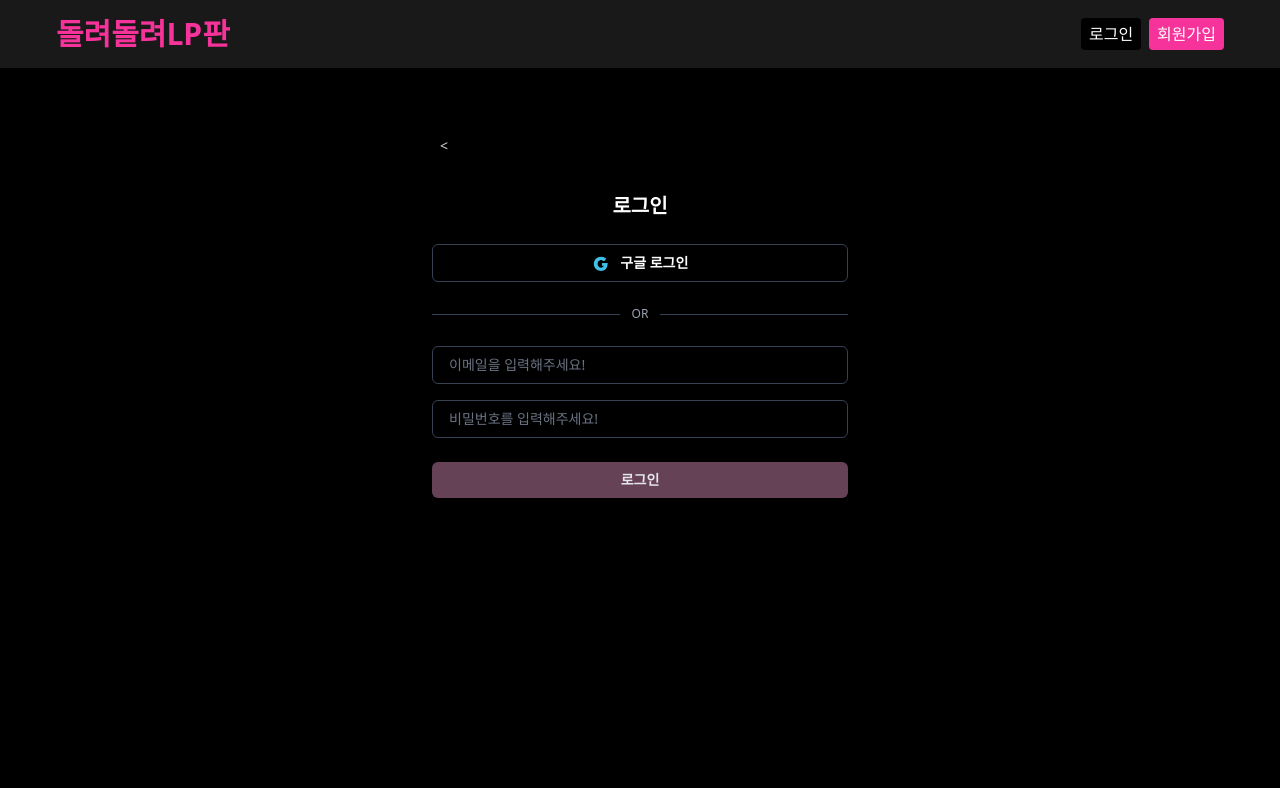
Repository: DSWU-UMC-9th/UMC-9th-Yeon
Page: /login (app in week4/)
These files come from the project's save history. The page is drawn as it stood at one moment and after the next save; the edit follows.
The browser window is 1280 px wide. The pictures show the whole page.
The project was rebuilt for these pictures with package versions that can differ from the ones it lists, and the page was loaded fresh each time. Also part of the build but not shown: week4/vite.config.ts, week4/src/api/tmdb.ts, week4/src/components/MovieCard.tsx, week4/src/components/Spinner.tsx, week4/src/components/Pager.tsx, week4/src/hooks/useMovies.ts, week4/src/pages/Home.tsx, week4/src/pages/Popular.tsx and 4 more.

Above is the page before, as saved 2025-11-04 20:44:06.

After the next save:
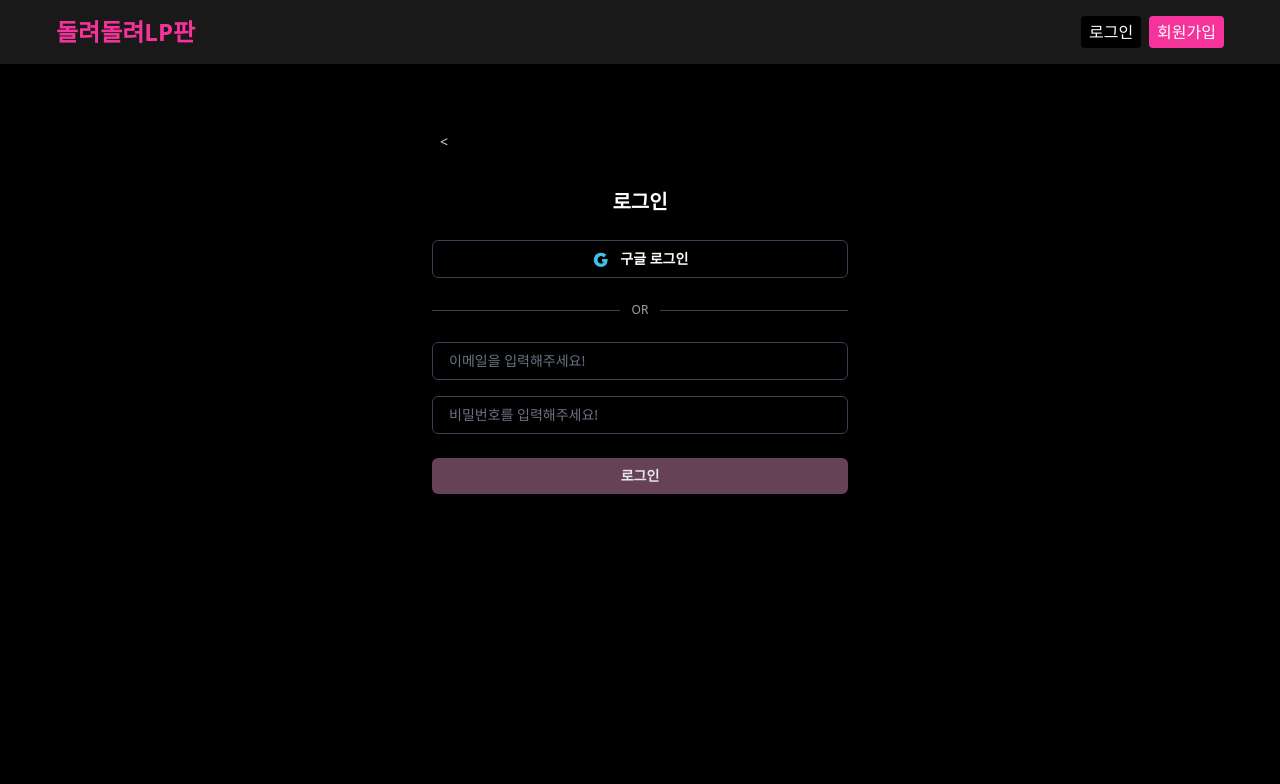
Saved 4 s later.
--- a/week4/src/components/Navbar.tsx
+++ b/week4/src/components/Navbar.tsx
@@ -16,7 +16,7 @@ export default function Navbar() {
   if (isAuthPage) {
     return (
       <nav className="w-full flex items-center justify-between">
-        <div className="text-pink-500 text-3xl font-bold">돌려돌려LP판</div>
+        <div className="text-pink-500 text-2xl font-bold">돌려돌려LP판</div>
         <div className="flex gap-2">
           <NavLink to="/login" className="bg-black text-white px-2 py-1 rounded">
             로그인
